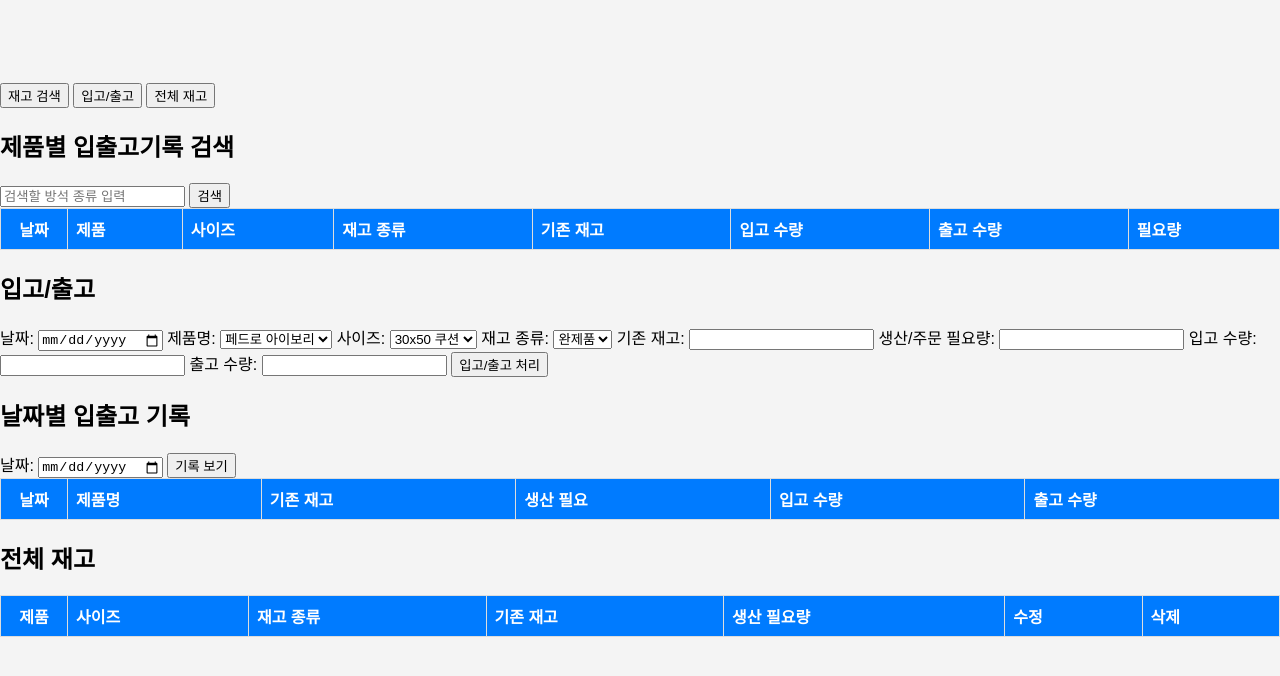
Repository: bluefoginthecup/inventory
Page: public/index.html
The author's editor kept a copy of each file at every save. The page is drawn from the files as they stood at one save, then again after the next save.
The browser window is 1280 px wide. The pictures show the whole page.

Above is the page before, as saved 2025-01-05 17:49:45.
Console error: TypeError: Cannot read properties of null (reading 'addEventListener')

After the next save:
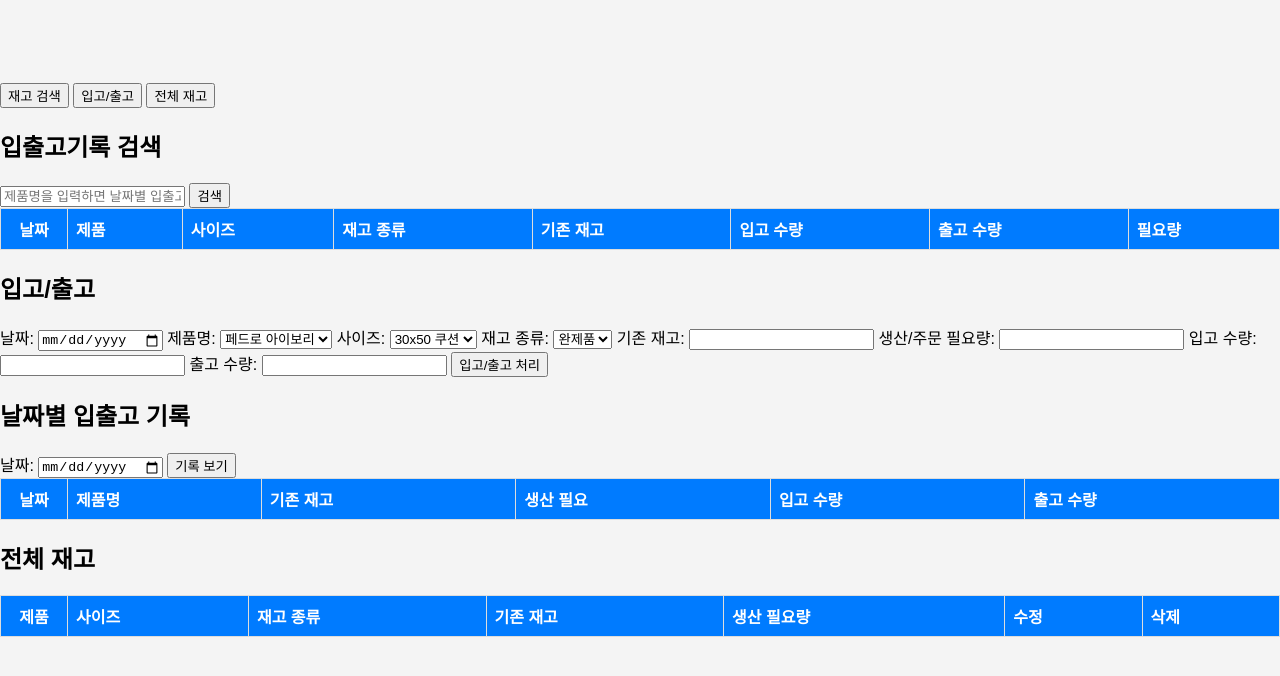
Saved 52 s later.
--- a/public/index.html
+++ b/public/index.html
@@ -17,9 +17,9 @@
 
         <!-- 섹션 1: 입출고 기록 -->
         <section id="searchSection" class="section active">
-            <h2>제품별 입출고기록 검색</h2>
+            <h2>입출고기록 검색</h2>
             <form id="searchForm">
-                <input type="text" id="searchInput" placeholder="검색할 방석 종류 입력" required>
+                <input type="text" id="searchInput" placeholder="제품명을 입력하면 날짜별 입출고기록을 확인가능합니다." required>
 
                 <button type="button" id="searchBtn">검색</button>
             </form>
